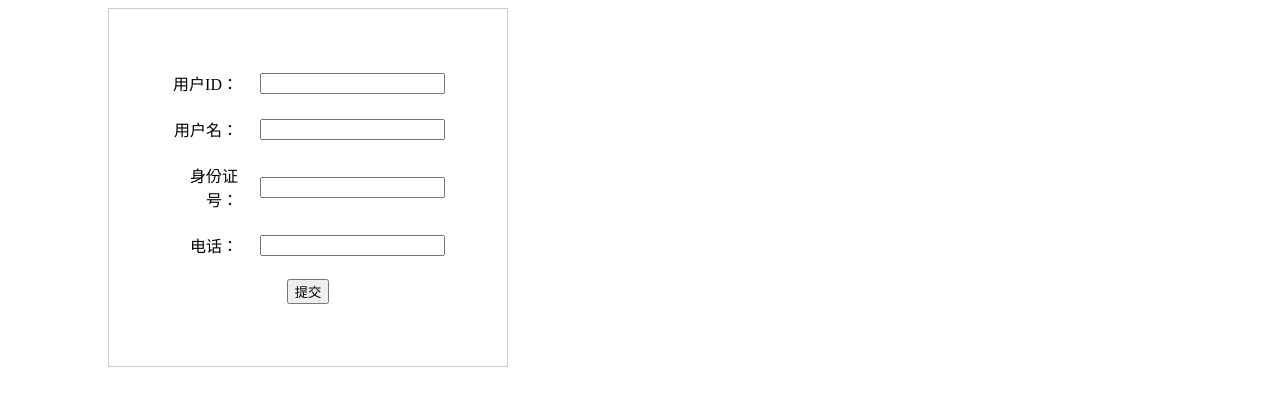
Repository: showmore/study
Page: http://localhost/MyWebProject/resubmit.jsp
These files come from the project's save history. The page is drawn as it stood at one moment and after the next save; the edit follows.
The browser window is 1280 px wide. The pictures show the whole page.
The page is served by Tomcat 9.

Above is the page before, as saved 2018-12-26 15:07:49.

After the next save:
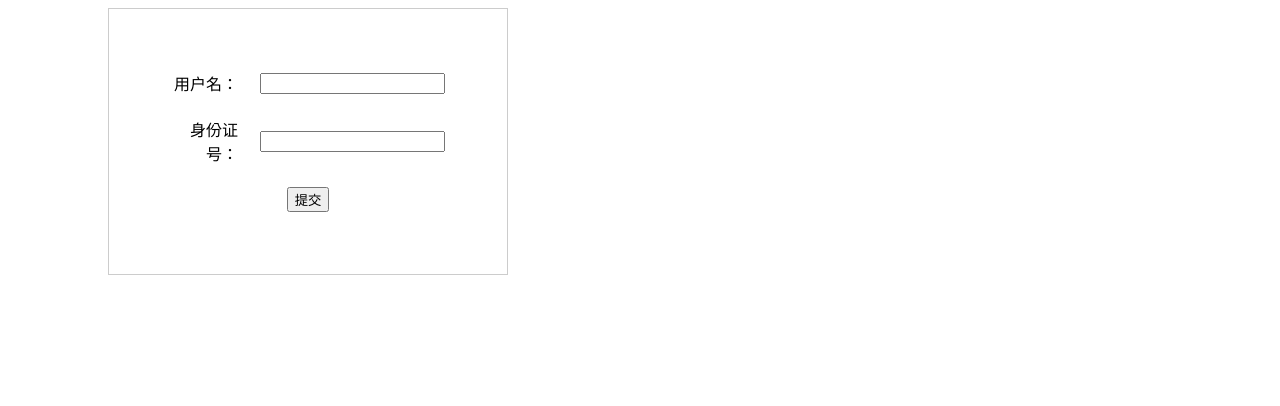
Saved 90 s later.
--- a/MyWebProject/WebContent/resubmit.jsp
+++ b/MyWebProject/WebContent/resubmit.jsp
@@ -1,53 +1,45 @@
 <%@ page language="java" contentType="text/html; charset=UTF-8"
-    pageEncoding="UTF-8"%>
+	pageEncoding="UTF-8"%>
 <!DOCTYPE html>
 <html>
 <head>
 <meta charset="UTF-8">
 <title>Insert title here</title>
 <style>
-	tr {
-		height:40px;
-	}
-	td {
-		padding:10px;
-		width:180px;
-		text-align: center;
-	}
+tr {
+	height: 40px;
+}
+
+td {
+	padding: 10px;
+	width: 180px;
+	text-align: center;
+}
 </style>
 </head>
 <body>
-<form action="<%=request.getContextPath()%>/sessionTestServlet">
-	<table
-		style="margin: 0 100px; padding: 50px; border: 1px #ccc solid; width: 400px;">
+	<form action="<%=request.getContextPath()%>/sessionTestServlet">
+		<table
+			style="margin: 0 100px; padding: 50px; border: 1px #ccc solid; width: 400px;">
 
-		<tr>
-			<td style="text-align: right;">用户ID：</td>
-			<td style="text-align: left;"><input type="text"
-				name="userID" /></td>
-		</tr>
-		<tr>
-			<td style="text-align: right;">用户名：</td>
-			<td style="text-align: left;"><input type="text"
-				name="username" /></td>
-		</tr>
-		<tr>
-			<td style="text-align: right;">身份证号：</td>
-			<td style="text-align: left;"><input type="text"
-				name="identity" /></td>
-		</tr>
-		<tr>
-			<td style="text-align: right;">电话：</td>
-			<td style="text-align: left;"><input type="text"
-				name="phone" /></td>
-		</tr>
-		<tr>
-			<td colspan=2 style="text-align: center;"><input type="submit"
-				value="提交" />
-		</tr>
+			<tr>
+				<td style="text-align: right;">用户名：</td>
+				<td style="text-align: left;"><input type="text"
+					name="username" /></td>
+			</tr>
+			<tr>
+				<td style="text-align: right;">身份证号：</td>
+				<td style="text-align: left;"><input type="text"
+					name="identity" /></td>
+			</tr>
+
+			<tr>
+				<td colspan=2 style="text-align: center;"><input type="submit"
+					value="提交" />
+			</tr>
 
 		</table>
-</form>
+	</form>
 
 
 </body>
